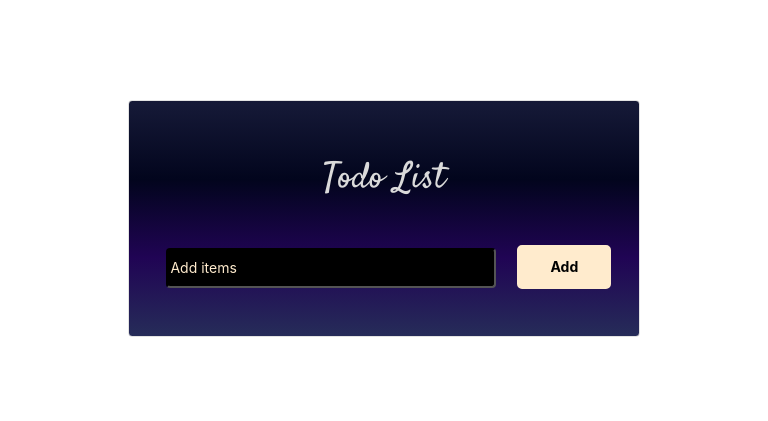
Repository: arpana23/Todo-list
Page: /
An editor plug-in stored every save of this project. The page is shown before and after the next save, followed by the edit.
The browser window is 768 px wide. The pictures show the whole page.
Some web libraries are served in a nearby version. The project was rebuilt for these pictures with package versions that can differ from the ones it lists, and the page was loaded fresh each time. Also part of the build but not shown: src/Todolist.js.

Above is the page before, as saved 2021-04-17 14:26:53.

### public/index.html
<!DOCTYPE html>
<html lang="en">
  <head>
    <meta charset="utf-8" />
    <link rel="icon" href="%PUBLIC_URL%/favicon.ico" />
    <meta name="viewport" content="width=device-width, initial-scale=1" />
    <meta name="theme-color" content="#000000" />
    <meta
      name="description"
      content="Web site created using create-react-app"
    />
    <link rel="apple-touch-icon" href="%PUBLIC_URL%/logo192.png" />
    <!--
      manifest.json provides metadata used when your web app is installed on a
      user's mobile device or desktop. See https://developers.google.com/web/fundamentals/web-app-manifest/
    -->
    <script src="https://kit.fontawesome.com/94ade1d1ca.js" crossorigin="anonymous"></script>
    <link rel="preconnect" href="https://fonts.gstatic.com">
    <link href="https://fonts.googleapis.com/css2?family=Satisfy&display=swap" rel="stylesheet">
    <link rel="manifest" href="%PUBLIC_URL%/manifest.json" />
    <!-- Latest compiled and minified CSS -->
    <link rel="stylesheet" href="https://maxcdn.bootstrapcdn.com/bootstrap/3.4.1/css/bootstrap.min.css">

    <!-- jQuery library -->
    <script src="https://ajax.googleapis.com/ajax/libs/jquery/3.5.1/jquery.min.js"></script>

    <!-- Latest compiled JavaScript -->
    <script src="https://maxcdn.bootstrapcdn.com/bootstrap/3.4.1/js/bootstrap.min.js"></script>

    <!--
      Notice the use of %PUBLIC_URL% in the tags above.
      It will be replaced with the URL of the `public` folder during the build.
      Only files inside the `public` folder can be referenced from the HTML.

      Unlike "/favicon.ico" or "favicon.ico", "%PUBLIC_URL%/favicon.ico" will
      work correctly both with client-side routing and a non-root public URL.
      Learn how to configure a non-root public URL by running `npm run build`.
    -->
    <title>React App</title>
  </head>
  <body>
    <noscript>You need to enable JavaScript to run this app.</noscript>
    <div id="root"></div>
    <!--
      This HTML file is a template.
      If you open it directly in the browser, you will see an empty page.

      You can add webfonts, meta tags, or analytics to this file.
      The build step will place the bundled scripts into the <body> tag.

      To begin the development, run `npm start` or `yarn start`.
      To create a production bundle, use `npm run build` or `yarn build`.
    -->
  </body>
</html>

### src/App.js
import React, { useState } from 'react';
import Todolist from './Todolist';
import './App.css';

const App = () => {


  const [inputItem , setInputItem] = useState("");
  const [itemList , setItemList] = useState([]);

  const handleChange = (e) => {
    setInputItem(e.target.value);
  }

  const addItems = (e) => {
    e.preventDefault();
    setItemList((olditems) => {
      return [...olditems, inputItem];
    });
    setInputItem("");
  }

  const updateItem = (id) => {
    let item =  itemList.map((olditems,index,data) => {
      if(index === id) {
        setInputItem(data.splice(index,1));
        olditems = !olditems;
      }
      return [olditems];
      }
    )
    return item;
  }

  const deleteItem = (id) => {
    setItemList((olditems) => {
      return olditems.filter((arrElement,index) => {
        return index !== id;
        // if(index !== id) {
        //   return [...arrElement];
        // }
      })
    })
  }


 return (
  <>
    <div className="main-container">
      <div className="flex-container">
        <div className="well">
          <br />
            <h1 className="title text-center">Todo List</h1>
          <br />
          <div>
            <input type="text" className="addInput" max="10" min="1" placeholder="Add items" value={inputItem} onChange={handleChange}/>
            <button type="submit" className="btn" onClick={addItems}> Add </button>
            <ul className="list-group">
              {
                itemList.map((data,index) => {
                  return <Todolist
                  key= {index}
                  id= {index}
                  list= {data}
                  onEdit= {updateItem}
                  onSelect= {deleteItem}
                  />
                })
              }
            </ul>
          </div>
        </div>
      </div>
    </div>

  </>
 )
}

export default App;

### src/App.css
.App {
  text-align: center;
}

.main-container {
  display: flex;
  flex-direction: column;
  justify-content: center;
}

.flex-container {
  display: flex;
  flex-direction: column;
  align-items: center;
  margin: 100px;
}

.well {
  background-image: linear-gradient(rgb(22, 26, 56),rgb(2, 5, 29),rgb(32, 4, 84),rgb(38, 44, 89));
  width: 40%;
}

.addInput {
  margin: 18px;
  width: 70%;
  height: 5vh;
  border-radius: 4px;
  background-color: black;
  outline: black;
  border-color: black;
  color:blanchedalmond;
  font-size: 14px;


}

.addInput::placeholder {
  color:blanchedalmond;
  margin-left: 2px;
}

.btn {
  margin: 3px;
  width: 20%;
  height: 5.5vh;
  border-radius: 5px;
  margin-top: -2px;
  font-weight: bold;
  background-color: blanchedalmond;
  color: black;
  outline: transparent;
  border: 2px solid blanchedalmond;
}

.btn:hover {
  background-color: blueviolet;
  color: black;
  font-weight: bold;
  outline: transparent;
  border-color: transparent;
}

.btn::-webkit-validation-bubble-arrow-clipper {
  background-color: blueviolet;
  color: black;
  outline: transparent;
  border-color: transparent;
}

.list-group {
  margin: 11px;
}

.mylist {
  /* border: 1px solid black; */
  margin-top: 10px;
  margin-bottom: 10px;
  text-align: justify;
  /* border-radius: 7px; */
}

.list-group-item {
  word-wrap: break-word;
  background-image: linear-gradient(rgb(32, 4, 84),rgb(38, 44, 89));
}

.my-text {
  margin-right: 3px;
  word-wrap: break-word;
  color: blanchedalmond;
}

.ed-del {
  display: flex;
  flex-direction: row;
  margin-top: -20px;
  justify-content: flex-end;
  align-items: center;
}

.fas {
  font-size: 20px;
  margin: 3px;
  display: flex;
  flex-direction: row;
  /* margin: 7px; */
  align-items: center;
}

.title {
  color: #dadada ;
  font-family: 'Satisfy', cursive;
}

.fa-trash {
  color: rgb(45, 30, 255);
}

.fa-edit {
  color:rgb(221, 84, 203);
}

@media screen and (max-width: 480px) {
  .well {
    width: 90%;
  }
}

@media screen and (max-width: 768px) {
  .well {
    width: 90%;
  }
}

/* @media screen {

} */

Loaded but not shown: src/index.js (common file); src/index.css (common file); src/reportWebVitals.js (common file)

After the next save:
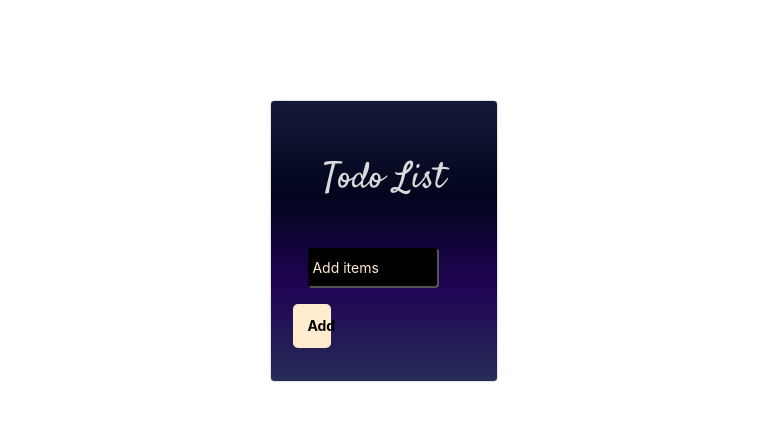
Saved 2 min 31 s later.
--- a/src/App.css
+++ b/src/App.css
@@ -126,7 +126,7 @@
   }
 }
 
-@media screen and (max-width: 768px) {
+@media screen and (min-width: 481) and (max-width: 768px) {
   .well {
     width: 90%;
   }

After the save that followed:
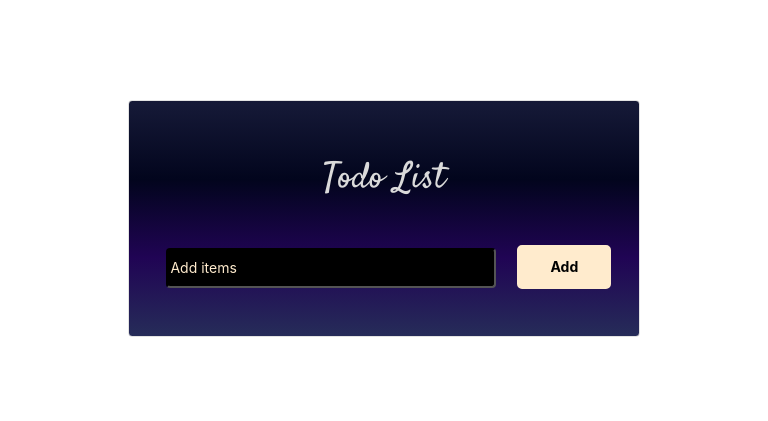
Saved 27 s later.
--- a/src/App.css
+++ b/src/App.css
@@ -126,7 +126,7 @@
   }
 }
 
-@media screen and (min-width: 481) and (max-width: 768px) {
+@media screen and (min-width: 481px) and (max-width: 768px) {
   .well {
     width: 90%;
   }
